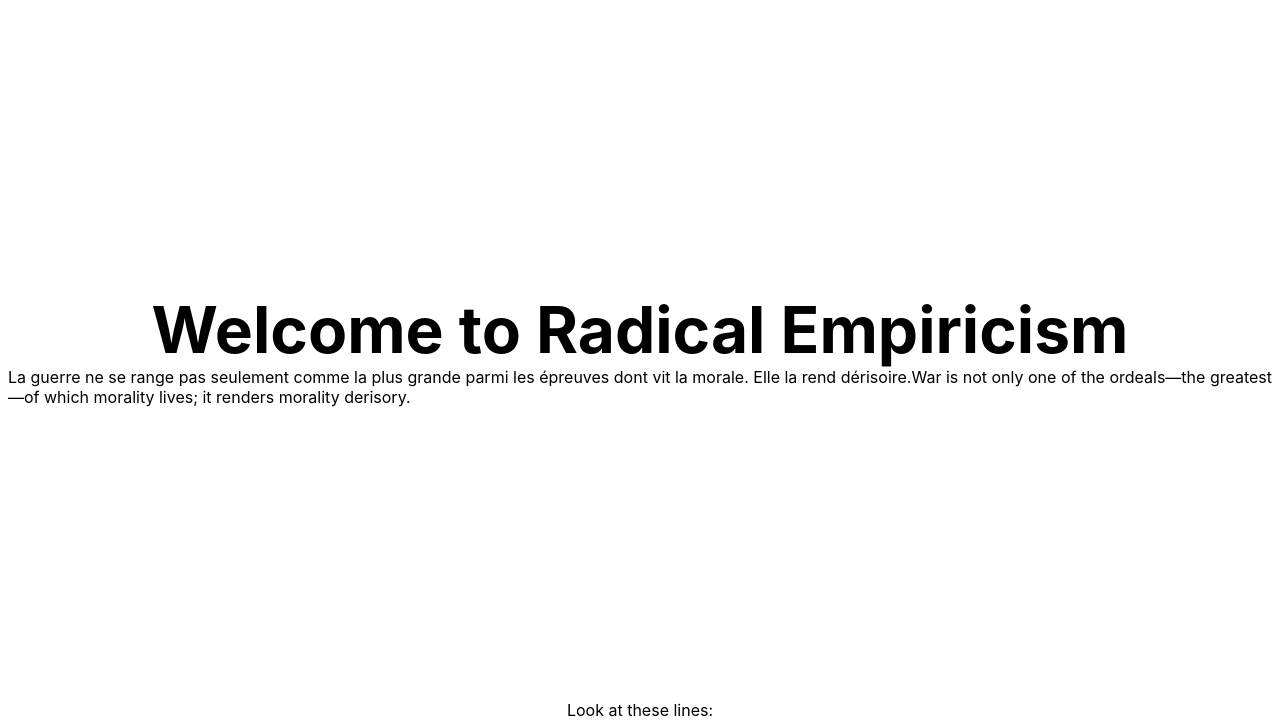
Repository: mcverter/EthicalPataphysicsOfAnarchism
Page: / (app in RadicalEmpiricism/src/nextjs/)
These files come from the project's save history. The page is drawn as it stood at one moment and after the next save; the edit follows.
The browser window is 1280 px wide. The pictures show the whole page.
The project was rebuilt for these pictures with package versions that can differ from the ones it lists, and the page was loaded fresh each time. The framework's server and built-in components were replaced by stand-ins that run in the browser.

Above is the page before, as saved 2022-01-08 17:44:04.

### RadicalEmpiricism/src/nextjs/pages/index.js
import React, { useEffect, useState } from "react";
import Head from "next/head";
import styles from "../styles/Home.module.css";
import axios from "axios";
import { tiFrench } from "../data/sentences/TIFrenchSentences";
import { tiEnglish } from "../data/sentences/TIEnglishSentences";

let ROOT_URL = "http://localhost:8080/src/data/sentences/";
let TIFrenchSentences, TIEnglishSentences;

export default function Home() {
  //useEffect(() => fetchSentences());
  const [frenchTISentences, setFrenchTISentences] = useState(
    tiFrench.split("\n")
  );
  const [englishTISentences, setEnglishTISentences] = useState(
    tiEnglish.split("\n")
  );
  console.log(tiFrench, frenchTISentences);
  console.log(tiEnglish, englishTISentences);

  const fetchSentences = () => {
    axios({
      headers: { "Access-Control-Allow-Origin": "*" },
      method: "get",
      url: `${ROOT_URL}TIFrenchSentences.txt`,
    })
      .then(function (response) {
        TIFrenchSentences = response.data.split("\n");
        setFrenchTISentences(TIFrenchSentences);
        debugger;
      })
      .catch((err) => console.error("err", err));
    axios({
      headers: { "Access-Control-Allow-Origin": "*" },
      method: "get",
      url: `${ROOT_URL}TIEnglishSentences.txt`,
    })
      .then(function (response) {
        TIEnglishSentences = response.data.split("\n");
        setEnglishTISentences(TIEnglishSentences);
        debugger;
      })
      .catch((err) => console.error("err", err));
  };

  return (
    <div className={styles.container}>
      <Head>
        <title>Hello Levinas Scholars</title>
      </Head>

      <main className={styles.main}>
        <h1 className={styles.title}>Welcome to Radical Empiricism</h1>
        {frenchTISentences &&
          frenchTISentences.length > 0 &&
          englishTISentences &&
          englishTISentences.length > 0 && (
            <div>
              {frenchTISentences[5]}
              {englishTISentences[5]}
            </div>
          )}
      </main>
      <div>Look at these lines:</div>
    </div>
  );
}

Loaded but not shown: RadicalEmpiricism/src/nextjs/pages/_app.js (common file); RadicalEmpiricism/src/nextjs/styles/globals.css (common file); RadicalEmpiricism/src/nextjs/styles/Home.module.css (common file); RadicalEmpiricism/src/nextjs/data/sentences/TIFrenchSentences.js (library); RadicalEmpiricism/src/nextjs/data/sentences/TIEnglishSentences.js (library)

After the next save:
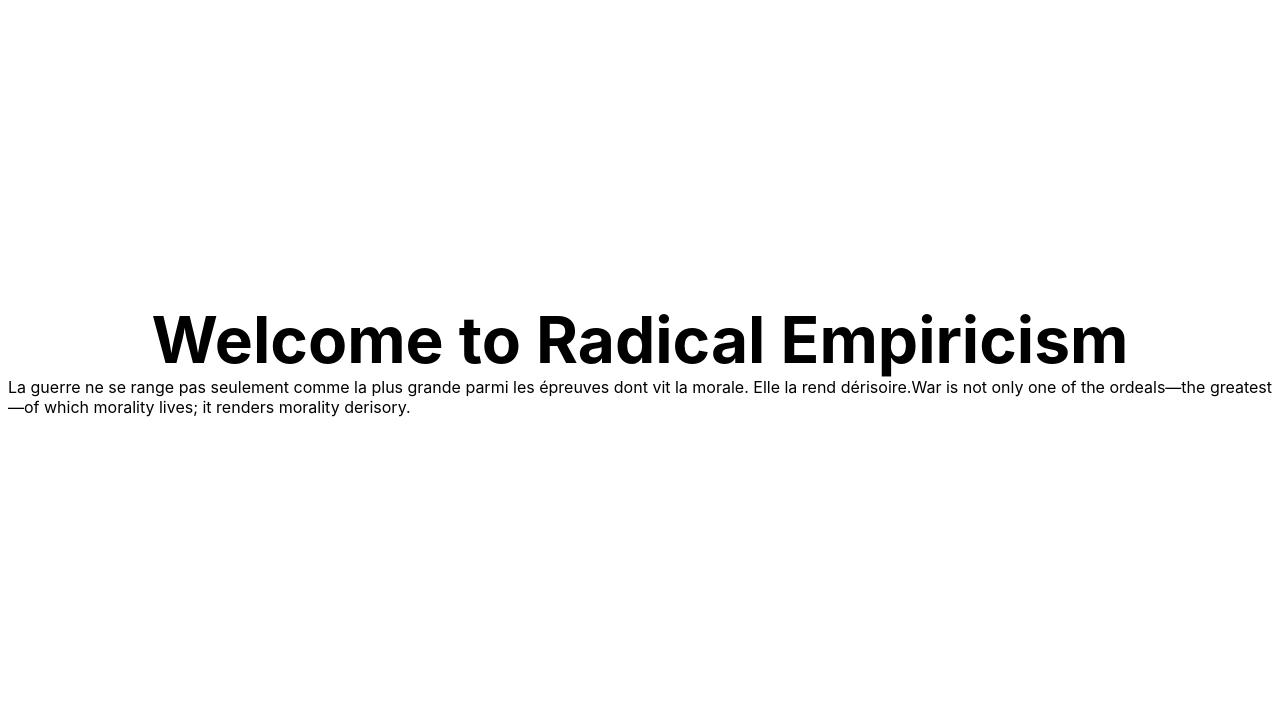
Saved 46 s later.
--- a/RadicalEmpiricism/src/nextjs/pages/index.js
+++ b/RadicalEmpiricism/src/nextjs/pages/index.js
@@ -49,8 +49,7 @@ export default function Home() {
       <Head>
         <title>Hello Levinas Scholars</title>
       </Head>
-
-      <main className={styles.main}>
+      <main>
         <h1 className={styles.title}>Welcome to Radical Empiricism</h1>
         {frenchTISentences &&
           frenchTISentences.length > 0 &&
@@ -62,7 +61,6 @@ export default function Home() {
             </div>
           )}
       </main>
-      <div>Look at these lines:</div>
     </div>
   );
 }
